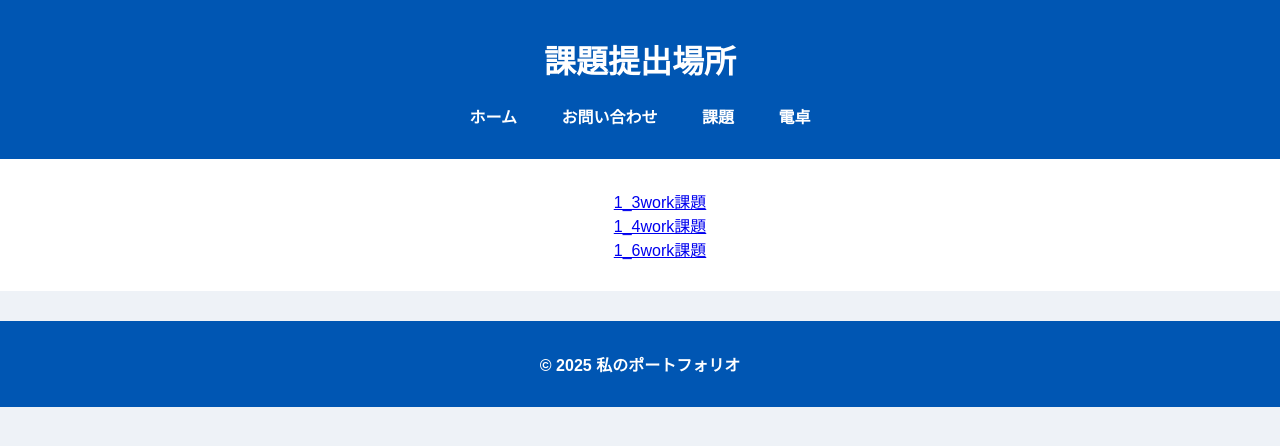
Repository: Takimidxgs/my-portfolio
Page: work.html
The author's editor kept a copy of each file at every save. The page is drawn from the files as they stood at one save, then again after the next save.
The browser window is 1280 px wide. The pictures show the whole page.

Above is the page before, as saved 2026-10-16 15:22:32.
Not found: css/calulate.css

After the next save:
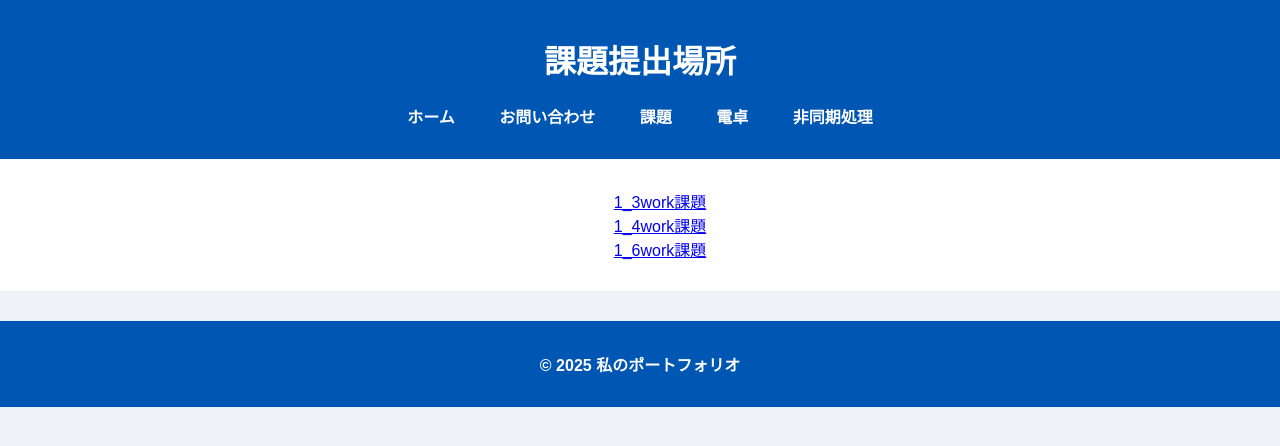
Saved 17 s later.
--- a/work.html
+++ b/work.html
@@ -22,6 +22,7 @@
                 <li><a href="contact.html">お問い合わせ</a></li>
                 <li><a href="work.html">課題</a></li>
                 <li><a href="calculate.html">電卓</a></li>
+                <li><a href="1_6_non_sync.html">非同期処理</a></li>
             </ul>
         </nav>
     </header>
